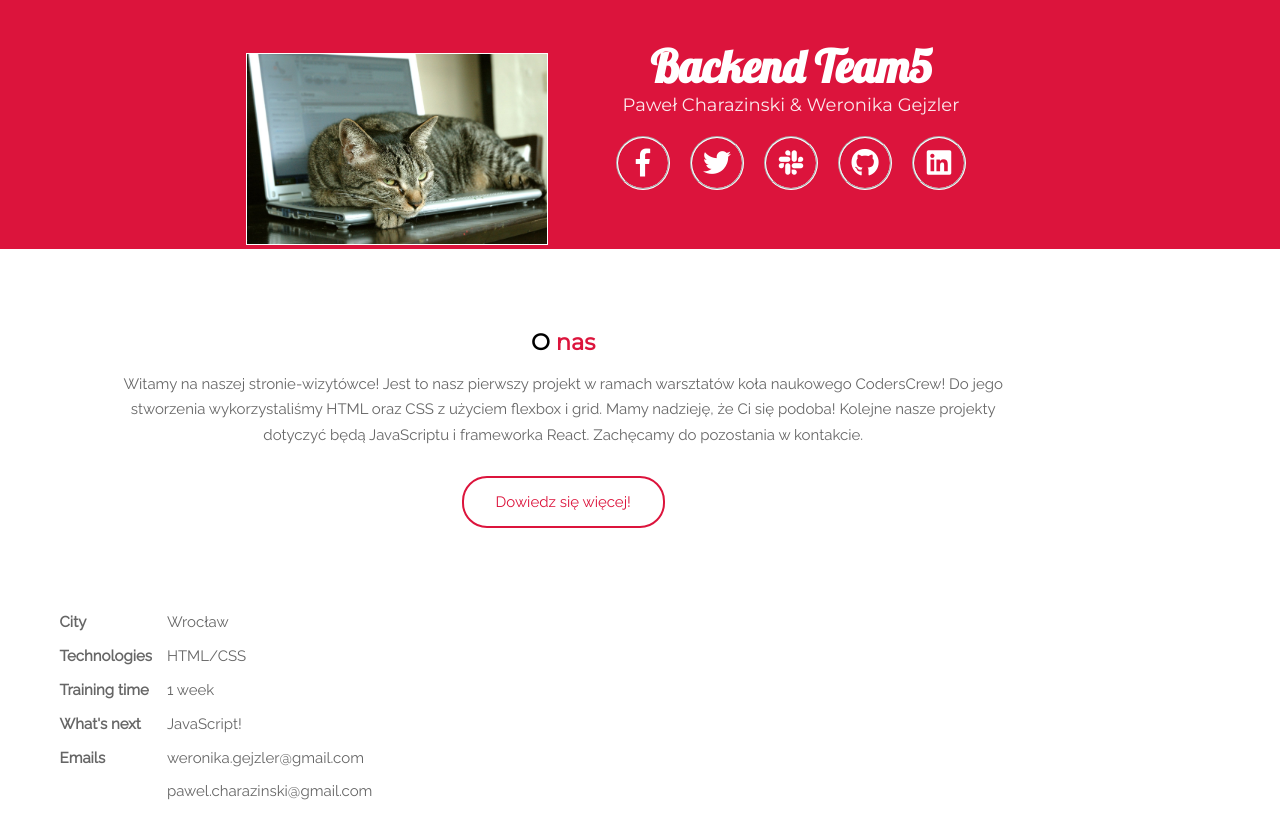
Repository: pietruszka/cc_proj1
Page: index.html
These files come from the project's save history. The page is drawn as it stood at one moment and after the next save; the edit follows.
The browser window is 1280 px wide. The pictures show the whole page.
Some web libraries are served in a nearby version.

Above is the page before, as saved 2018-11-18 20:54:28.

After the next save:
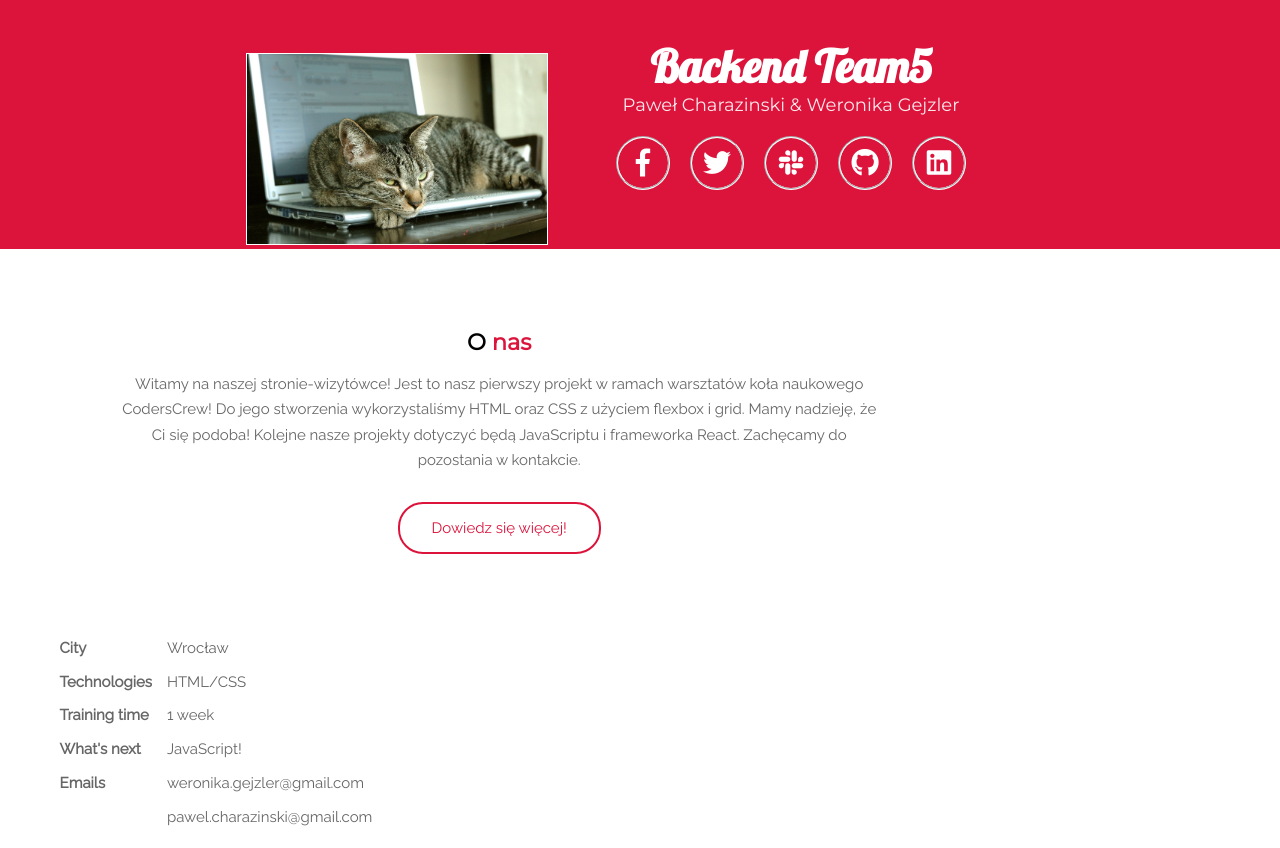
Saved 10 s later.
--- a/style.css
+++ b/style.css
@@ -115,7 +115,7 @@ height: auto;
 }
 #about{
    margin: 5vw;
-   width: 70vw;
+   width: 60vw;
    text-align: center;
 }
 #h_about{
